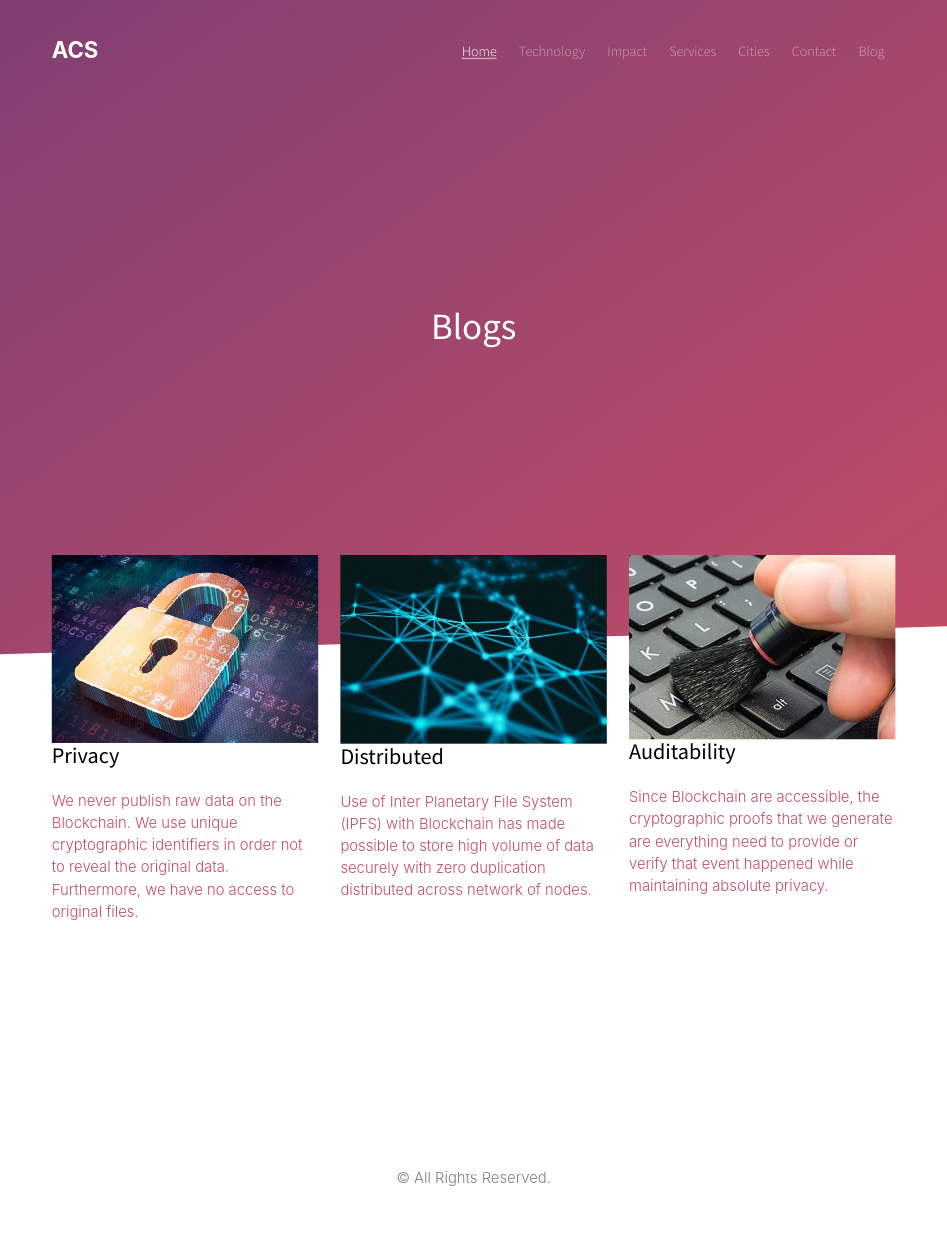
Repository: agarwalrahul-22/acs
Page: /blog
The author's editor kept a copy of each file at every save. The page is drawn from the files as they stood at one save, then again after the next save.
The browser window is 1280 px wide. The pictures show the whole page, at 74% of full size.
Some web fonts or font styles are not loaded; a fallback is used. The project was rebuilt for these pictures with package versions that can differ from the ones it lists, and the page was loaded fresh each time. Also part of the build but not shown: src/components/main/LandingComponent.js, src/components/main/TechComponent.js, src/components/main/ImpactComponent.js, src/components/main/ServicesComponent.js, src/components/main/CitiesComponent.js, src/components/MainComponent.js.

Above is the page before, as saved 2022-10-10 22:04:58.

### public/index.html
<!DOCTYPE html>
<html lang="en">
  <head>
    <meta charset="utf-8" />
    <link rel="icon" href="%PUBLIC_URL%/favicon.ico" />
    <meta name="viewport" content="width=device-width, initial-scale=1" />
    <meta name="theme-color" content="#000000" />
    <meta name="description" content="Blockchain based Atithi Compliance System" />
    <link rel="apple-touch-icon" href="%PUBLIC_URL%/logo192.png" />
    <link href='https://fonts.googleapis.com/css?family=Source+Sans+Pro:400,300,600,400italic,700' rel='stylesheet'
      type='text/css'>
    <link rel="stylesheet" href="css/animate.css">
    <link rel="stylesheet" href="css/icomoon.css">
    <link rel="stylesheet" href="css/simple-line-icons.css">
    <link rel="stylesheet" href="css/magnific-popup.css">
    <link rel="stylesheet" href="css/bootstrap.css">
    <link rel="stylesheet" href="css/style3.css">
    <!--
      manifest.json provides metadata used when your web app is installed on a
      user's mobile device or desktop. See https://developers.google.com/web/fundamentals/web-app-manifest/
    -->
    <link rel="manifest" href="%PUBLIC_URL%/manifest.json" />
    <!--
      Notice the use of %PUBLIC_URL% in the tags above.
      It will be replaced with the URL of the `public` folder during the build.
      Only files inside the `public` folder can be referenced from the HTML.

      Unlike "/favicon.ico" or "favicon.ico", "%PUBLIC_URL%/favicon.ico" will
      work correctly both with client-side routing and a non-root public URL.
      Learn how to configure a non-root public URL by running `npm run build`.
    -->
    <title>Atithi Compliance System</title>
  </head>
  <body>
    <noscript>You need to enable JavaScript to run this app.</noscript>
    <div id="root"></div>
    <!--
      This HTML file is a template.
      If you open it directly in the browser, you will see an empty page.

      You can add webfonts, meta tags, or analytics to this file.
      The build step will place the bundled scripts into the <body> tag.

      To begin the development, run `npm start` or `yarn start`.
      To create a production bundle, use `npm run build` or `yarn build`.
    -->
  </body>
</html>

### src/components/BlogComponent.js
import React from 'react'
import report from "../images/report.svg";
import blockchain from "../images/blockchain.svg";
import img7 from "../images/img_7.jpg";
import img8 from "../images/img_8.jpg";
import img10 from "../images/img_10.jpg";
import fullimage2 from "../images/full_image_2.jpg";
import privacy from "../images/privacy_acs.jpg";
import distributed from "../images/distributed_acs.jpg";
import audit from "../images/audit_acs.jpg";
function BlogComponent() {
  return (
    <div>
      <section
        id="fh5co-home"
        data-section="home"
        style={{ backgroundImage: { fullimage2 } }}
        data-stellar-background-ratio="0.5"
      >
        <div className="gradient"></div>
        <div className="container">
          <div className="text-wrap">
            <div className="text-inner">
              <h1 className="to-animate">Blogs </h1>
            </div>
          </div>
        </div>
        <div className="slant"></div>
      </section>
      <section id="fh5co-intro">
        <div className="container">
          <div className="row row-bottom-padded-lg white">
            <div className="col-md-4 col-sm-6 col-xxs-12">
              <a
                href={privacy}
                className="fh5co-project-item image-popup to-animate"
              >
                <img src={privacy} alt="Image" className="img-responsive" />
                <div className="fh5co-text">
                  <h2>Privacy</h2>
                  <span>
                    We never publish raw data on the Blockchain. We use unique
                    cryptographic identifiers in order not to reveal the
                    original data. Furthermore, we have no access to original
                    files.
                  </span>
                </div>
              </a>
            </div>
            <div className="col-md-4 col-sm-6 col-xxs-12">
              <a
                href={distributed}
                className="fh5co-project-item image-popup to-animate"
              >
                <img src={distributed} alt="Image" className="img-responsive" />
                <div className="fh5co-text">
                  <h2>Distributed</h2>
                  <span>
                    Use of Inter Planetary File System (IPFS) with Blockchain
                    has made possible to store high volume of data securely with
                    zero duplication distributed across network of nodes.
                  </span>
                </div>
              </a>
            </div>
            <div className="col-md-4 col-sm-6 col-xxs-12">
              <a
                href={audit}
                className="fh5co-project-item image-popup to-animate"
              >
                <img src={audit} alt="Image" className="img-responsive" />
                <div className="fh5co-text">
                  <h2>Auditability</h2>
                  <span>
                    Since Blockchain are accessible, the cryptographic proofs
                    that we generate are everything need to provide or verify
                    that event happened while maintaining absolute privacy.
                  </span>
                </div>
              </a>
            </div>
          </div>
        </div>
      </section>
    </div>
  );
}

export default BlogComponent;

### public/css/simple-line-icons.css
@font-face {
  font-family: 'simple-line-icons';
  src:  url('../fonts/simple-line-icons/Simple-Line-Icons.eot?v=2.2.2');
  src:  url('../fonts/simple-line-icons/Simple-Line-Icons.eot?#iefix&v=2.2.2') format('embedded-opentype'),
        url('../fonts/simple-line-icons/Simple-Line-Icons.ttf?v=2.2.2') format('truetype'),
        url('../fonts/simple-line-icons/Simple-Line-Icons.woff2?v=2.2.2') format('woff2'),
        url('../fonts/simple-line-icons/Simple-Line-Icons.woff?v=2.2.2') format('woff'),
        url('../fonts/simple-line-icons/Simple-Line-Icons.svg?v=2.2.2#simple-line-icons') format('svg');
  font-weight: normal;
  font-style: normal;
}
/*
 Use the following CSS code if you want to have a class per icon.
 Instead of a list of all class selectors, you can use the generic [class*="icon-"] selector, but it's slower:
*/
.icon-user,
.icon-people,
.icon-user-female,
.icon-user-follow,
.icon-user-following,
.icon-user-unfollow,
.icon-login,
.icon-logout,
.icon-emotsmile,
.icon-phone,
.icon-call-end,
.icon-call-in,
.icon-call-out,
.icon-map,
.icon-location-pin,
.icon-direction,
.icon-directions,
.icon-compass,
.icon-layers,
.icon-menu,
.icon-list,
.icon-options-vertical,
.icon-options,
.icon-arrow-down,
.icon-arrow-left,
.icon-arrow-right,
.icon-arrow-up,
.icon-arrow-up-circle,
.icon-arrow-left-circle,
.icon-arrow-right-circle,
.icon-arrow-down-circle,
.icon-check,
.icon-clock,
.icon-plus,
.icon-close,
.icon-trophy,
.icon-screen-smartphone,
.icon-screen-desktop,
.icon-plane,
.icon-notebook,
.icon-mustache,
.icon-mouse,
.icon-magnet,
.icon-energy,
.icon-disc,
.icon-cursor,
.icon-cursor-move,
.icon-crop,
.icon-chemistry,
.icon-speedometer,
.icon-shield,
.icon-screen-tablet,
.icon-magic-wand,
.icon-hourglass,
.icon-graduation,
.icon-ghost,
.icon-game-controller,
.icon-fire,
.icon-eyeglass,
.icon-envelope-open,
.icon-envelope-letter,
.icon-bell,
.icon-badge,
.icon-anchor,
.icon-wallet,
.icon-vector,
.icon-speech,
.icon-puzzle,
.icon-printer,
.icon-present,
.icon-playlist,
.icon-pin,
.icon-picture,
.icon-handbag,
.icon-globe-alt,
.icon-globe,
.icon-folder-alt,
.icon-folder,
.icon-film,
.icon-feed,
.icon-drop,
.icon-drawar,
.icon-docs,
.icon-doc,
.icon-diamond,
.icon-cup,
.icon-calculator,
.icon-bubbles,
.icon-briefcase,
.icon-book-open,
.icon-basket-loaded,
.icon-basket,
.icon-bag,
.icon-action-undo,
.icon-action-redo,
.icon-wrench,
.icon-umbrella,
.icon-trash,
.icon-tag,
.icon-support,
.icon-frame,
.icon-size-fullscreen,
.icon-size-actual,
.icon-shuffle,
.icon-share-alt,
.icon-share,
.icon-rocket,
.icon-question,
.icon-pie-chart,
.icon-pencil,
.icon-note,
.icon-loop,
.icon-home,
.icon-grid,
.icon-graph,
.icon-microphone,
.icon-music-tone-alt,
.icon-music-tone,
.icon-earphones-alt,
.icon-earphones,
.icon-equalizer,
.icon-like,
.icon-dislike,
.icon-control-start,
.icon-control-rewind,
.icon-control-play,
.icon-control-pause,
.icon-control-forward,
.icon-control-end,
.icon-volume-1,
.icon-volume-2,
.icon-volume-off,
.icon-calendar,
.icon-bulb,
.icon-chart,
.icon-ban,
.icon-bubble,
.icon-camrecorder,
.icon-camera,
.icon-cloud-download,
.icon-cloud-upload,
.icon-envelope,
.icon-eye,
.icon-flag,
.icon-heart,
.icon-info,
.icon-key,
.icon-link,
.icon-lock,
.icon-lock-open,
.icon-magnifier,
.icon-magnifier-add,
.icon-magnifier-remove,
.icon-paper-clip,
.icon-paper-plane,
.icon-power,
.icon-refresh,
.icon-reload,
.icon-settings,
.icon-star,
.icon-symble-female,
.icon-symbol-male,
.icon-target,
.icon-credit-card,
.icon-paypal,
.icon-social-tumblr,
.icon-social-twitter,
.icon-social-facebook,
.icon-social-instagram,
.icon-social-linkedin,
.icon-social-pinterest,
.icon-social-github,
.icon-social-gplus,
.icon-social-reddit,
.icon-social-skype,
.icon-social-dribbble,
.icon-social-behance,
.icon-social-foursqare,
.icon-social-soundcloud,
.icon-social-spotify,
.icon-social-stumbleupon,
.icon-social-youtube,
.icon-social-dropbox {
  font-family: 'simple-line-icons';
  speak: none;
  font-style: normal;
  font-weight: normal;
  font-variant: normal;
  text-transform: none;
  line-height: 1;
  /* Better Font Rendering =========== */
  -webkit-font-smoothing: antialiased;
  -moz-osx-font-smoothing: grayscale;
}
.icon-user:before {
  content: "\e005";
}
.icon-people:before {
  content: "\e001";
}
.icon-user-female:before {
  content: "\e000";
}
.icon-user-follow:before {
  content: "\e002";
}
.icon-user-following:before {
  content: "\e003";
}
.icon-user-unfollow:before {
  content: "\e004";
}
.icon-login:before {
  content: "\e066";
}
.icon-logout:before {
  content: "\e065";
}
.icon-emotsmile:before {
  content: "\e021";
}
.icon-phone:before {
  content: "\e600";
}
.icon-call-end:before {
  content: "\e048";
}
.icon-call-in:before {
  content: "\e047";
}
.icon-call-out:before {
  content: "\e046";
}
.icon-map:before {
  content: "\e033";
}
.icon-location-pin:before {
  content: "\e096";
}
.icon-direction:before {
  content: "\e042";
}
.icon-directions:before {
  content: "\e041";
}
.icon-compass:before {
  content: "\e045";
}
.icon-layers:before {
  content: "\e034";
}
.icon-menu:before {
  content: "\e601";
}
.icon-list:before {
  content: "\e067";
}
.icon-options-vertical:before {
  content: "\e602";
}
.icon-options:before {
  content: "\e603";
}
.icon-arrow-down:before {
  content: "\e604";
}
.icon-arrow-left:before {
  content: "\e605";
}
.icon-arrow-right:before {
  content: "\e606";
}
.icon-arrow-up:before {
  content: "\e607";
}
.icon-arrow-up-circle:before {
  content: "\e078";
}
.icon-arrow-left-circle:before {
  content: "\e07a";
}
.icon-arrow-right-circle:before {
  content: "\e079";
}
.icon-arrow-down-circle:before {
  content: "\e07b";
}
.icon-check:before {
  content: "\e080";
}
.icon-clock:before {
  content: "\e081";
}
.icon-plus:before {
  content: "\e095";
}
.icon-close:before {
  content: "\e082";
}
.icon-trophy:before {
  content: "\e006";
}
.icon-screen-smartphone:before {
  content: "\e010";
}
.icon-screen-desktop:before {
  content: "\e011";
}
.icon-plane:before {
  content: "\e012";
}
.icon-notebook:before {
  content: "\e013";
}
.icon-mustache:before {
  content: "\e014";
}
.icon-mouse:before {
  content: "\e015";
}
.icon-magnet:before {
  content: "\e016";
}
.icon-energy:before {
  content: "\e020";
}
.icon-disc:before {
  content: "\e022";
}
.icon-cursor:before {
  content: "\e06e";
}
.icon-cursor-move:before {
  content: "\e023";
}
.icon-crop:before {
  content: "\e024";
}
.icon-chemistry:before {
  content: "\e026";
}
.icon-speedometer:before {
  content: "\e007";
}
.icon-shield:before {
  content: "\e00e";
}
.icon-screen-tablet:before {
  content: "\e00f";
}
.icon-magic-wand:before {
  content: "\e017";
}
.icon-hourglass:before {
  content: "\e018";
}
.icon-graduation:before {
  content: "\e019";
}
.icon-ghost:before {
  content: "\e01a";
}
.icon-game-controller:before {
  content: "\e01b";
}
.icon-fire:before {
  content: "\e01c";
}
.icon-eyeglass:before {
  content: "\e01d";
}
.icon-envelope-open:before {
  content: "\e01e";
}
.icon-envelope-letter:before {
  content: "\e01f";
}
.icon-bell:before {
  content: "\e027";
}
.icon-badge:before {
  content: "\e028";
}
.icon-anchor:before {
  content: "\e029";
}
.icon-wallet:before {
  content: "\e02a";
}
.icon-vector:before {
  content: "\e02b";
}
.icon-speech:before {
  content: "\e02c";
}
.icon-puzzle:before {
  content: "\e02d";
}
.icon-printer:before {
  content: "\e02e";
}
.icon-present:before {
  content: "\e02f";
}
.icon-playlist:before {
  content: "\e030";
}
.icon-pin:before {
  content: "\e031";
}
.icon-picture:before {
  content: "\e032";
}
.icon-handbag:before {
  content: "\e035";
}
.icon-globe-alt:before {
  content: "\e036";
}
.icon-globe:before {
  content: "\e037";
}
.icon-folder-alt:before {
  content: "\e039";
}
.icon-folder:before {
  content: "\e089";
}
.icon-film:before {
  content: "\e03a";
}
.icon-feed:before {
  content: "\e03b";
}
.icon-drop:before {
  content: "\e03e";
}
.icon-drawar:before {
  content: "\e03f";
}
.icon-docs:before {
  content: "\e040";
}
.icon-doc:before {
  content: "\e085";
}
.icon-diamond:before {
  content: "\e043";
}
.icon-cup:before {
  content: "\e044";
}
.icon-calculator:before {
  content: "\e049";
}
.icon-bubbles:before {
  content: "\e04a";
}
.icon-briefcase:before {
  content: "\e04b";
}
.icon-book-open:before {
  content: "\e04c";
}
.icon-basket-loaded:before {
  content: "\e04d";
}
.icon-basket:before {
  content: "\e04e";
}
.icon-bag:before {
  content: "\e04f";
}
.icon-action-undo:before {
  content: "\e050";
}
.icon-action-redo:before {
  content: "\e051";
}
.icon-wrench:before {
  content: "\e052";
}
.icon-umbrella:before {
  content: "\e053";
}
.icon-trash:before {
  content: "\e054";
}
.icon-tag:before {
  content: "\e055";
}
.icon-support:before {
  content: "\e056";
}
.icon-frame:before {
  content: "\e038";
}
.icon-size-fullscreen:before {
  content: "\e057";
}
.icon-size-actual:before {
  content: "\e058";
}
.icon-shuffle:before {
  content: "\e059";
}
.icon-share-alt:before {
  content: "\e05a";
}
.icon-share:before {
  content: "\e05b";
}
.icon-rocket:before {
  content: "\e05c";
}
.icon-question:before {
  content: "\e05d";
}
.icon-pie-chart:before {
  content: "\e05e";
}
.icon-pencil:before {
  content: "\e05f";
}
.icon-note:before {
  content: "\e060";
}
.icon-loop:before {
  content: "\e064";
}
.icon-home:before {
  content: "\e069";
}
.icon-grid:before {
  content: "\e06a";
}
.icon-graph:before {
  content: "\e06b";
}
.icon-microphone:before {
  content: "\e063";
}
.icon-music-tone-alt:before {
  content: "\e061";
}
.icon-music-tone:before {
  content: "\e062";
}
.icon-earphones-alt:before {
  content: "\e03c";
}
.icon-earphones:before {
  content: "\e03d";
}
.icon-equalizer:before {
  content: "\e06c";
}
.icon-like:before {
  content: "\e068";
}
.icon-dislike:before {
  content: "\e06d";
}
.icon-control-start:before {
  content: "\e06f";
}
.icon-control-rewind:before {
  content: "\e070";
}
.icon-control-play:before {
  content: "\e071";
}
.icon-control-pause:before {
  content: "\e072";
}
.icon-control-forward:before {
  content: "\e073";
}
.icon-control-end:before {
  content: "\e074";
}
.icon-volume-1:before {
  content: "\e09f";
}
.icon-volume-2:before {
  content: "\e0a0";
}
.icon-volume-off:before {
  content: "\e0a1";
}
.icon-calendar:before {
  content: "\e075";
}
.icon-bulb:before {
  content: "\e076";
}
.icon-chart:before {
  content: "\e077";
}
.icon-ban:before {
  content: "\e07c";
}
.icon-bubble:before {
  content: "\e07d";
}
.icon-camrecorder:before {
  content: "\e07e";
}
.icon-camera:before {
  content: "\e07f";
}
.icon-cloud-download:before {
  content: "\e083";
}
.icon-cloud-upload:before {
  content: "\e084";
}
.icon-envelope:before {
  content: "\e086";
}
.icon-eye:before {
  content: "\e087";
}
.icon-flag:before {
  content: "\e088";
}
.icon-heart:before {
  content: "\e08a";
}
.icon-info:before {
  content: "\e08b";
}
.icon-key:before {
  content: "\e08c";
}
.icon-link:before {
  content: "\e08d";
}
.icon-lock:before {
  content: "\e08e";
}
.icon-lock-open:before {
  content: "\e08f";
}
.icon-magnifier:before {
  content: "\e090";
}
.icon-magnifier-add:before {
  content: "\e091";
}
.icon-magnifier-remove:before {
  content: "\e092";
}
.icon-paper-clip:before {
  content: "\e093";
}
.icon-paper-plane:before {
  content: "\e094";
}
.icon-power:before {
  content: "\e097";
}
.icon-refresh:before {
  content: "\e098";
}
.icon-reload:before {
  content: "\e099";
}
.icon-settings:before {
  content: "\e09a";
}
.icon-star:before {
  content: "\e09b";
}
.icon-symble-female:before {
  content: "\e09c";
}
.icon-symbol-male:before {
  content: "\e09d";
}
.icon-target:before {
  content: "\e09e";
}
.icon-credit-card:before {
  content: "\e025";
}
.icon-paypal:before {
  content: "\e608";
}
.icon-social-tumblr:before {
  content: "\e00a";
}
.icon-social-twitter:before {
  content: "\e009";
}
.icon-social-facebook:before {
  content: "\e00b";
}
.icon-social-instagram:before {
  content: "\e609";
}
.icon-social-linkedin:before {
  content: "\e60a";
}
.icon-social-pinterest:before {
  content: "\e60b";
}
.icon-social-github:before {
  content: "\e60c";
}
.icon-social-gplus:before {
  content: "\e60d";
}
.icon-social-reddit:before {
  content: "\e60e";
}
.icon-social-skype:before {
  content: "\e60f";
}
.icon-social-dribbble:before {
  content: "\e00d";
}
.icon-social-behance:before {
  content: "\e610";
}
.icon-social-foursqare:before {
  content: "\e611";
}
.icon-social-soundcloud:before {
  content: "\e612";
}
.icon-social-spotify:before {
  content: "\e613";
}
.icon-social-stumbleupon:before {
  content: "\e614";
}
.icon-social-youtube:before {
  content: "\e008";
}
.icon-social-dropbox:before {
  content: "\e00c";
}

Loaded but not shown: src/index.js (common file); src/index.css (common file); src/reportWebVitals.js (common file); public/css/animate.css (library); public/css/icomoon.css (common file); public/css/magnific-popup.css (library); public/css/bootstrap.css (library); src/components/HeaderComponent.js (68 lines, source omitted); src/App.js (35 lines, source omitted); src/components/FooterComponent.js (20 lines, source omitted); public/css/style3.css (1411 lines, source omitted)

After the next save:
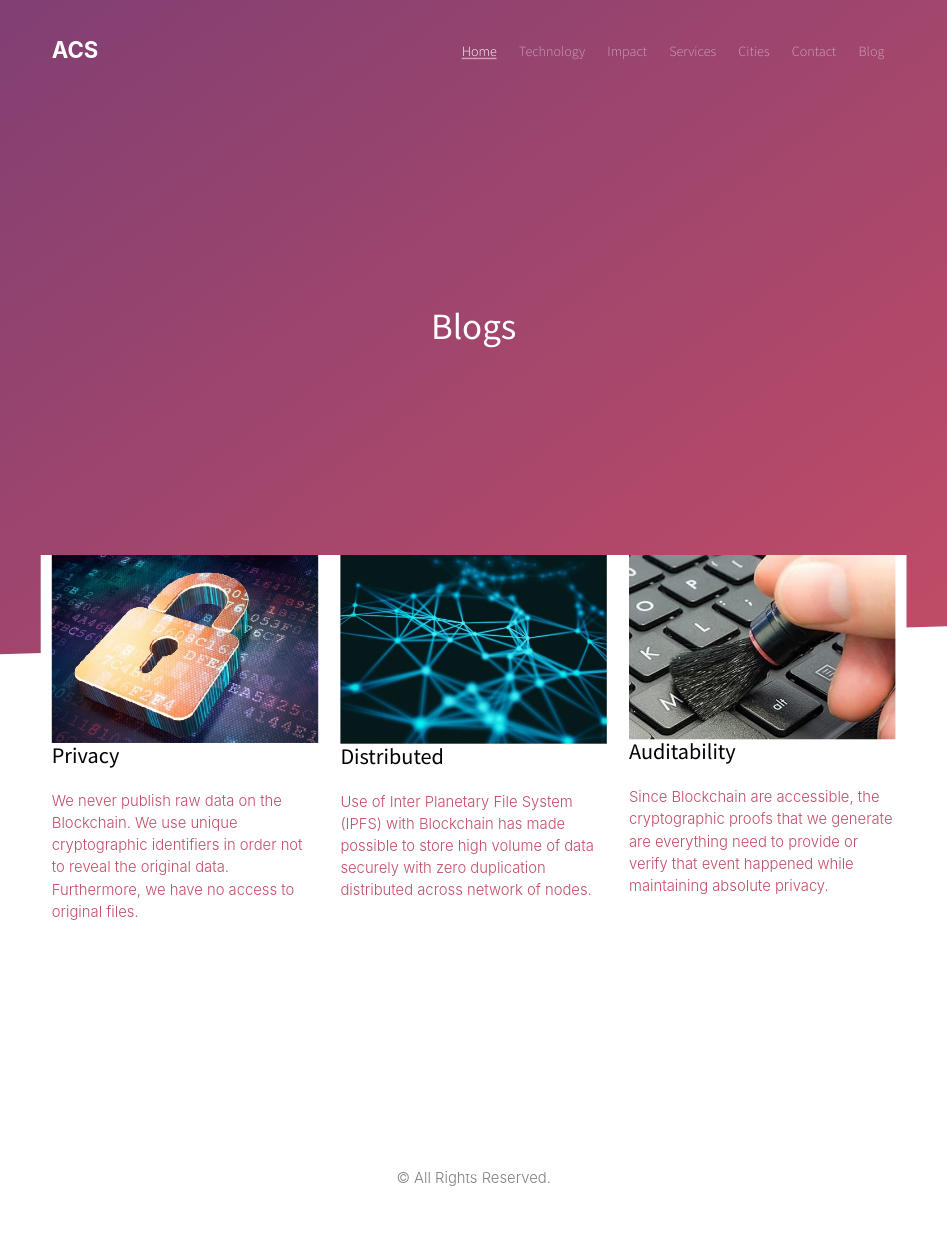
Saved 43 s later.
--- a/src/components/BlogComponent.js
+++ b/src/components/BlogComponent.js
@@ -29,7 +29,9 @@ function BlogComponent() {
       </section>
       <section id="fh5co-intro">
         <div className="container">
-          <div className="row row-bottom-padded-lg white">
+          <div className="row row-bottom-padded-lg"
+          style={{backgroundColor:'white'}}
+          >
             <div className="col-md-4 col-sm-6 col-xxs-12">
               <a
                 href={privacy}
